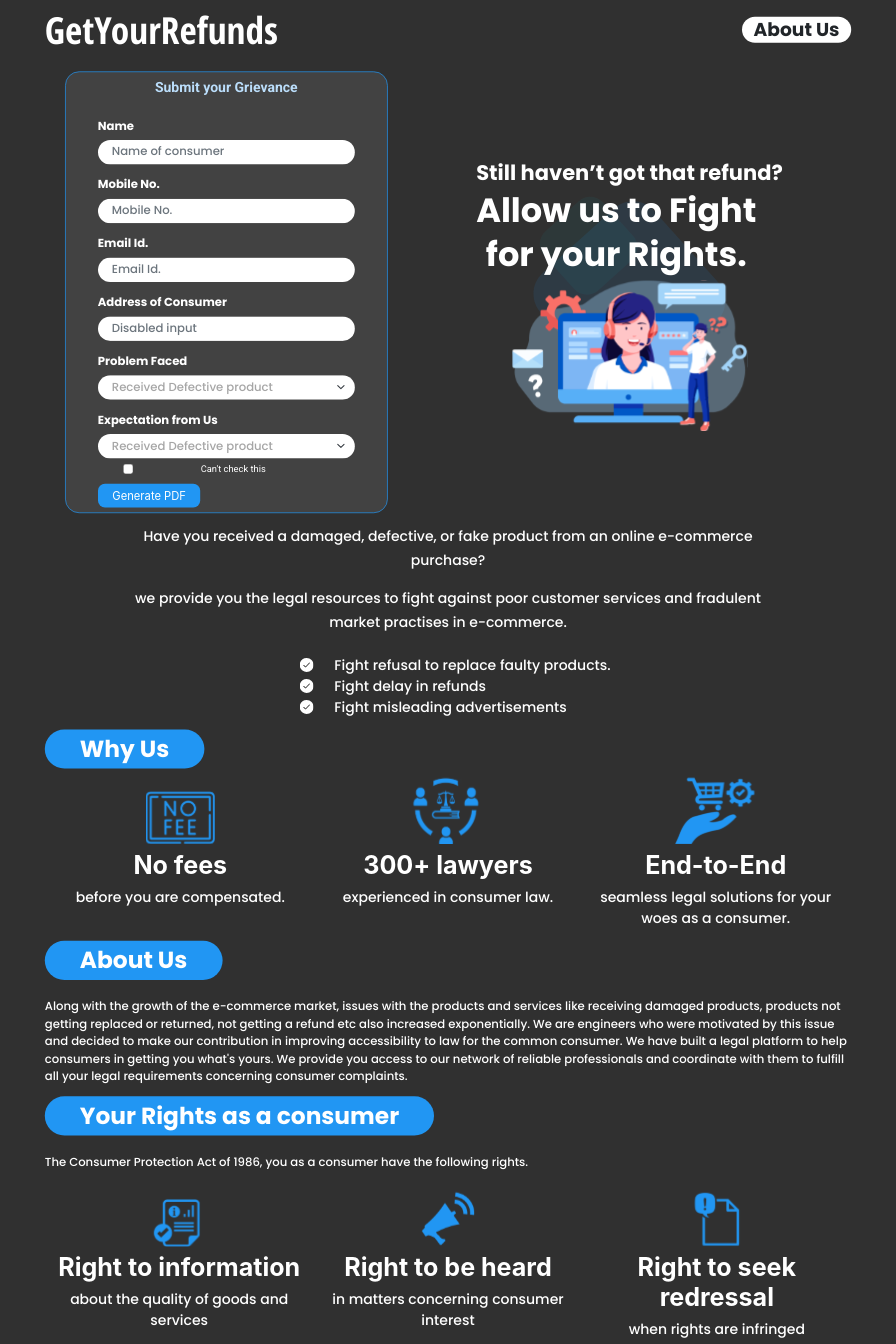
Repository: Eren00Yeager/initial-survey
Page: /consumer-complaints
These files come from the project's save history. The page is drawn as it stood at one moment and after the next save; the edit follows.
The browser window is 1280 px wide. The pictures show the part of the page from y = 0 to 1920 px (the page is 2851 px tall before and 2961 px after), at 70% of full size.
Some web fonts or font styles are not loaded; a fallback is used. The project was rebuilt for these pictures with package versions that can differ from the ones it lists, and the page was loaded fresh each time. The framework's server and built-in components were replaced by stand-ins that run in the browser. Also part of the build but not shown: next.config.js.

Above is the page before, as saved 2022-07-14 12:32:51.

After the next save:
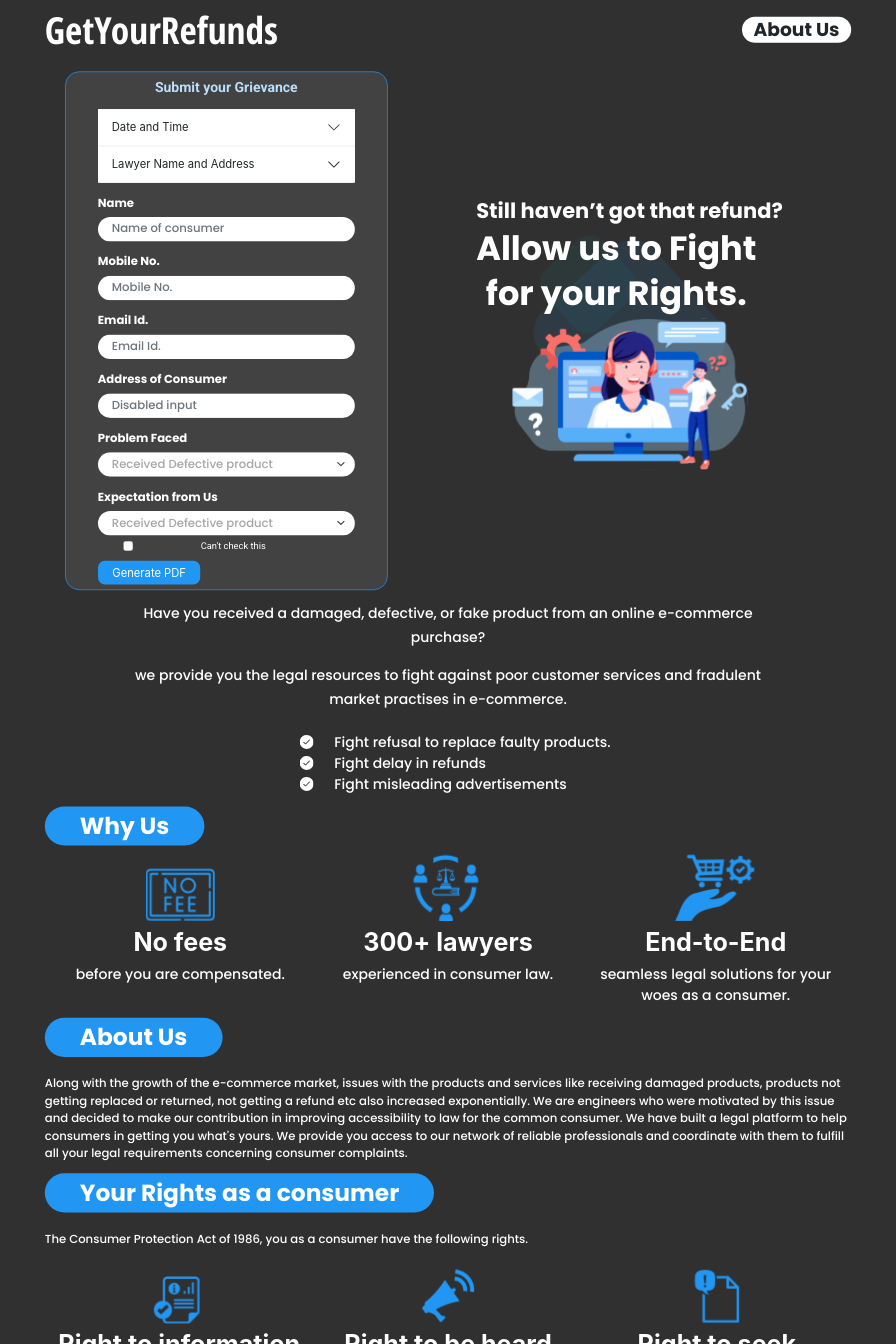
Saved 6 min 30 s later.
--- a/pages/consumer-complaints.jsx
+++ b/pages/consumer-complaints.jsx
@@ -119,7 +119,58 @@ export default function consumer() {
                 Submit your Grievance
             </div>
             <div className={consumerStyles.details}>
-
+            <Accordion flush>
+                <Accordion.Item eventKey="0">
+                    <Accordion.Header>Date and Time</Accordion.Header>
+                    <Accordion.Body>
+                        <Form.Group className="mb-3" controlId="LawyerMobile">
+                            <Form.Label>DD</Form.Label>
+                             <Form.Control type="text" placeholder="Enter Mobile of Lawyer" />
+                        </Form.Group>
+                        <Form.Group className="mb-3" controlId="LawyerMobile">
+                            <Form.Label>MM</Form.Label>
+                            <Form.Control type="text" placeholder="Enter Mobile of Lawyer" />
+                        </Form.Group>
+                        <Form.Group className="mb-3" controlId="LawyerMobile">
+                            <Form.Label>YY</Form.Label>
+                            <Form.Control type="text" placeholder="Enter Mobile of Lawyer" />
+                        </Form.Group>
+                    </Accordion.Body>
+                </Accordion.Item>
+
+                <Accordion.Item eventKey="1">
+                    <Accordion.Header>Lawyer Name and Address</Accordion.Header>
+                    <Accordion.Body>
+                        <Form.Group className="mb-3" controlId="LawyerName">
+                            <Form.Label>Lawyer Name</Form.Label>
+                            <Form.Control type="text" placeholder="Enter Name of Lawyer" />
+                            {/* <Form.Text className="text-muted">
+                            We'll never share your email with anyone else.
+                            </Form.Text> */}
+                        </Form.Group>
+                        <Form.Group className="mb-3" controlId="LawyerAddress">
+                            <Form.Label>Lawyer ID</Form.Label>
+                            <Form.Control type="text" placeholder="Enter ID of Lawyer" />
+                        </Form.Group>
+                        <Form.Group className="mb-3" controlId="LawyerAddress">
+                            <Form.Label>Lawyer Address</Form.Label>
+                            <Form.Control type="textarea" placeholder="Enter Address of Lawyer"/>
+                        </Form.Group>
+                        <Form.Group className="mb-3" controlId="LawyerPin">
+                            <Form.Label>Lawyer Pin</Form.Label>
+                            <Form.Control type="text" placeholder="Enter Pin of Lawyer" />
+                        </Form.Group>
+                        <Form.Group className="mb-3" controlId="LawyerPhone">
+                            <Form.Label>Lawyer Phone</Form.Label>
+                            <Form.Control type="text" placeholder="Enter Phone of Lawyer" />
+                        </Form.Group>
+                        <Form.Group className="mb-3" controlId="LawyerMobile">
+                            <Form.Label>LawyerMobile</Form.Label>
+                            <Form.Control type="text" placeholder="Enter Mobile of Lawyer" />
+                        </Form.Group>
+                    </Accordion.Body>
+                </Accordion.Item>
+            </Accordion>
             <Form.Group className={consumerStyles.det}>
                 <Form.Label className={consumerStyles.nam}>Name</Form.Label>
                 <Form.Control className={consumerStyles.plc} type="text" placeholder="Name of consumer" />
